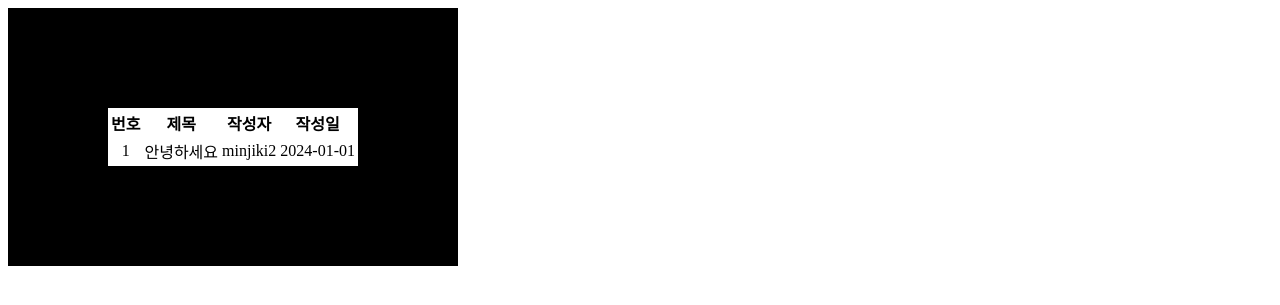
Repository: minjikimkim2222/BBS
Page: http://localhost/BBS/bbs.jsp
The author's editor kept a copy of each file at every save. The page is drawn from the files as they stood at one save, then again after the next save.
The browser window is 1280 px wide. The pictures show the whole page.
The page is served by Tomcat 9. Other server files are loaded and not shown.

Above is the page before, as saved 2024-01-01 12:39:52.

### BBS/src/main/webapp/bbs.jsp
<%@ page language="java" contentType="text/html; charset=UTF-8"
    pageEncoding="UTF-8"%>
<!DOCTYPE html>
<html>
<head>
<meta charset="UTF-8">
<title>bbs 게시판 화면</title>
</head>
<body>

<!-- 게시판 메인 페이지 영역 시작  -->

	<div class = "container">
		<div class = "row">
			<table class = "table table-striped" style = "text-align : center; border : 100px solid">
				<thead>
					<tr>
						<th>번호</th>
						<th>제목</th>
						<th>작성자</th>
						<th>작성일</th>
					</tr>
				</thead>
				<tbody>
					<tr>
						<td>1</td>
						<td>안녕하세요</td>
						<td>minjiki2</td>
						<td>2024-01-01</td>
					</tr>
				</tbody>
			</table>
		</div>
	</div>
</body>
</html>

After the next save:
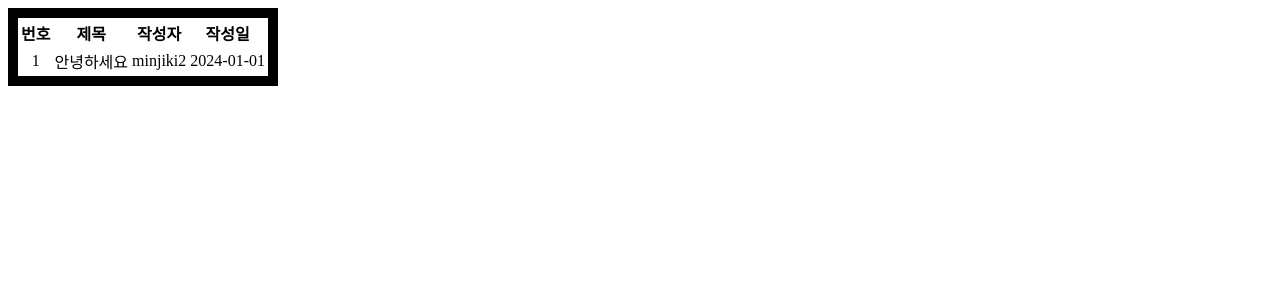
Saved 4 s later.
--- a/BBS/src/main/webapp/bbs.jsp
+++ b/BBS/src/main/webapp/bbs.jsp
@@ -12,7 +12,7 @@
 
 	<div class = "container">
 		<div class = "row">
-			<table class = "table table-striped" style = "text-align : center; border : 100px solid">
+			<table class = "table table-striped" style = "text-align : center; border : 10px solid">
 				<thead>
 					<tr>
 						<th>번호</th>
